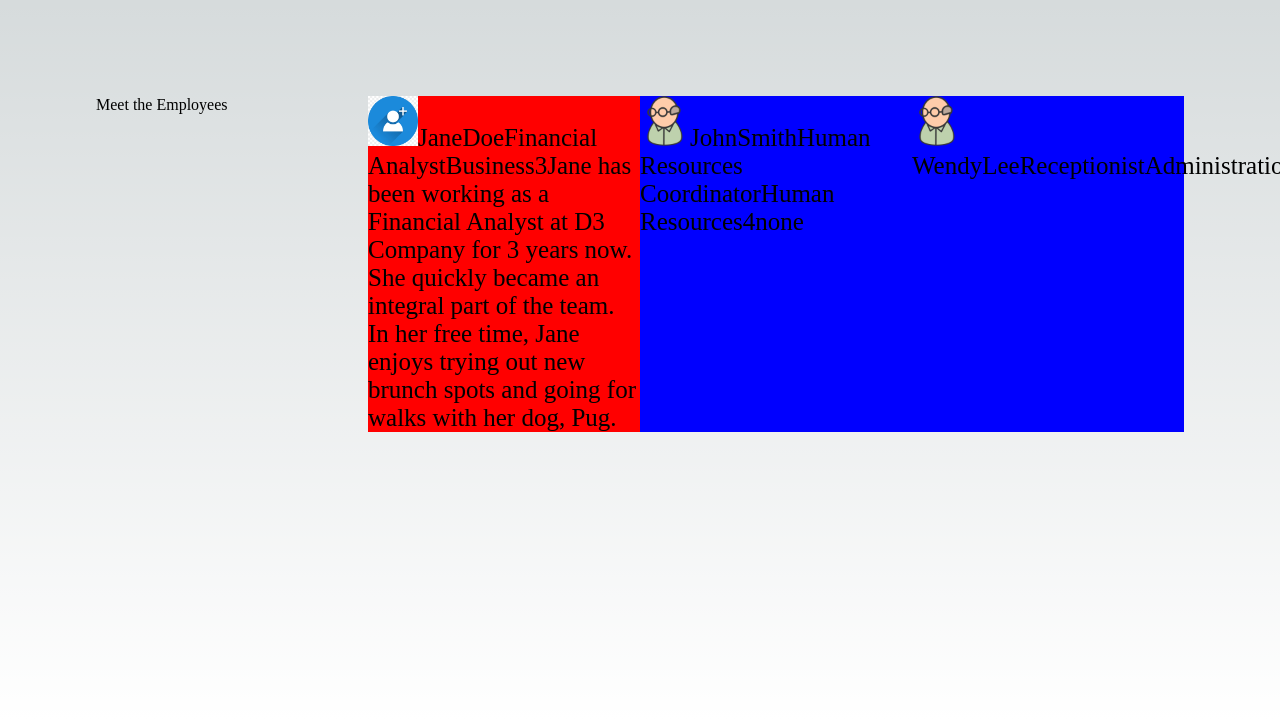
Repository: cheungglenda/MDIA2109-Week3
Page: /about
These files come from the project's save history. The page is drawn as it stood at one moment and after the next save; the edit follows.
The browser window is 1280 px wide. The pictures show the whole page.
The project was rebuilt for these pictures with package versions that can differ from the ones it lists, and the page was loaded fresh each time. The framework's server and built-in components were replaced by stand-ins that run in the browser. Also part of the build but not shown: next.config.js.

Above is the page before, as saved 2023-01-19 17:27:09.

After the next save:
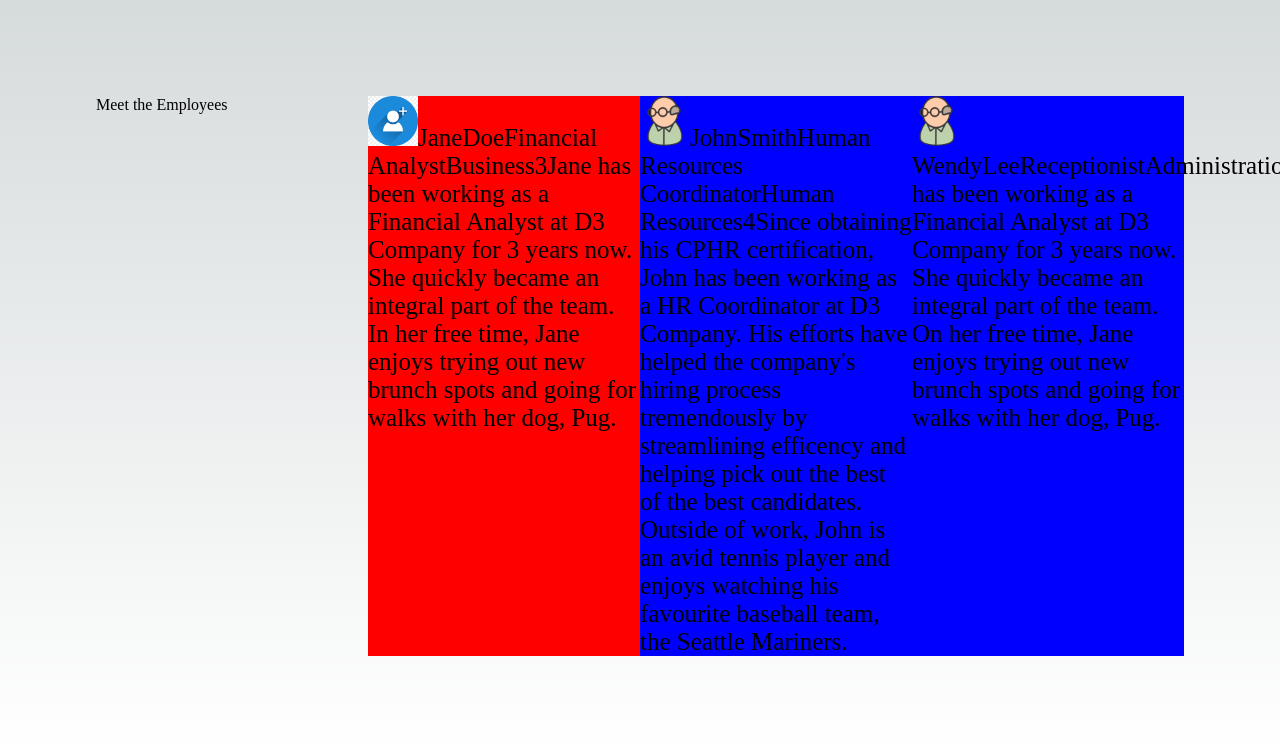
Saved 15 s later.
--- a/pages/about.js
+++ b/pages/about.js
@@ -48,6 +48,7 @@ export default function About() {
               jobtitle={info.jobTitle}
               department={info.department}
               yearsworked={info.yearsWorked}
+              description={info.description}
               color="blue" font="25px"/>
             )
           }
@@ -63,6 +64,7 @@ export default function About() {
               jobtitle={info.jobTitle}
               department={info.department}
               yearsworked={info.yearsWorked}
+              description={info.description}
               color="blue" font="25px"/>
             )
           }
